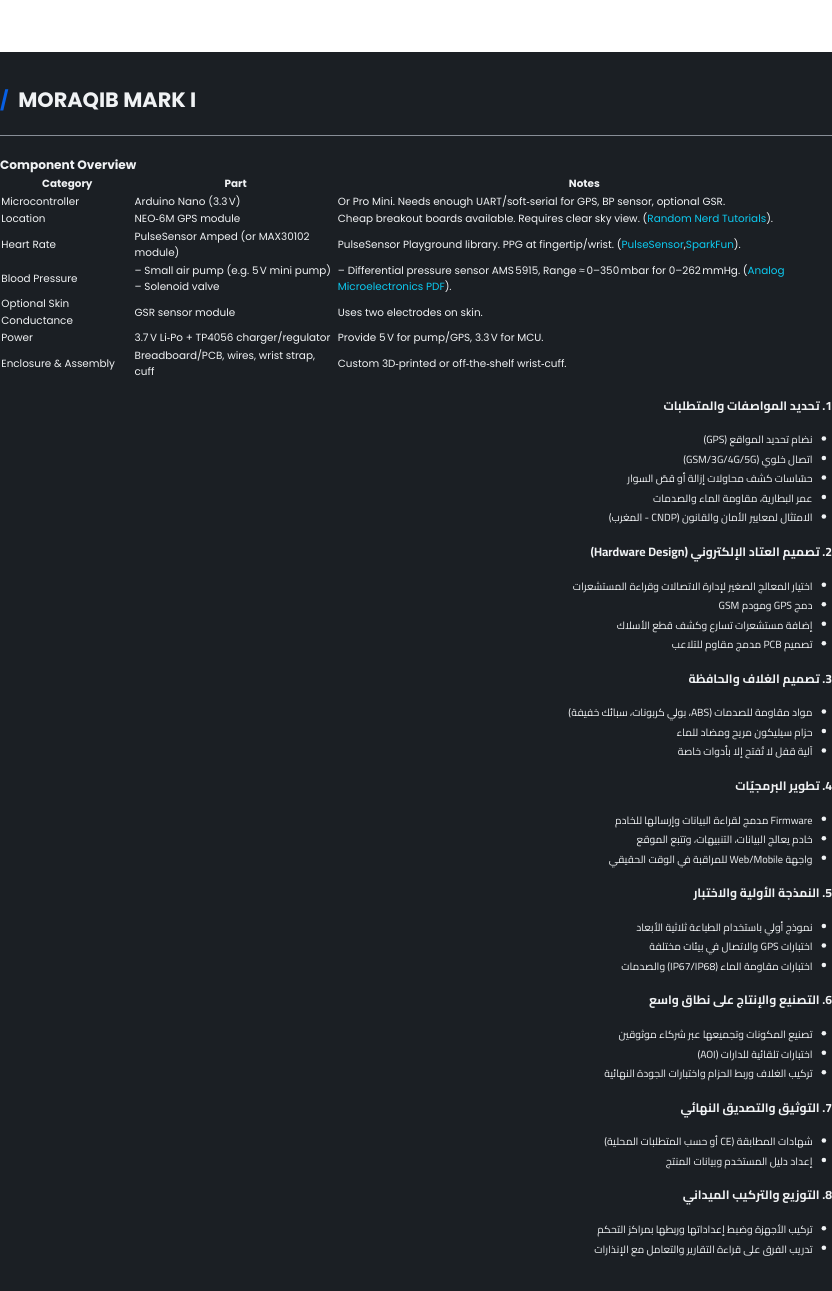
Repository: ayoubgharts/nextjs_protfolio
Page: /tutorials
The author's editor kept a copy of each file at every save. The page is drawn from the files as they stood at one save, then again after the next save.
The browser window is 1280 px wide. The pictures show the whole page, at 65% of full size.
The project was rebuilt for these pictures with package versions that can differ from the ones it lists, and the page was loaded fresh each time. The framework's server and built-in components were replaced by stand-ins that run in the browser. Also part of the build but not shown: next.config.mjs.

Above is the page before, as saved 2025-06-01 00:55:52.

After the next save:
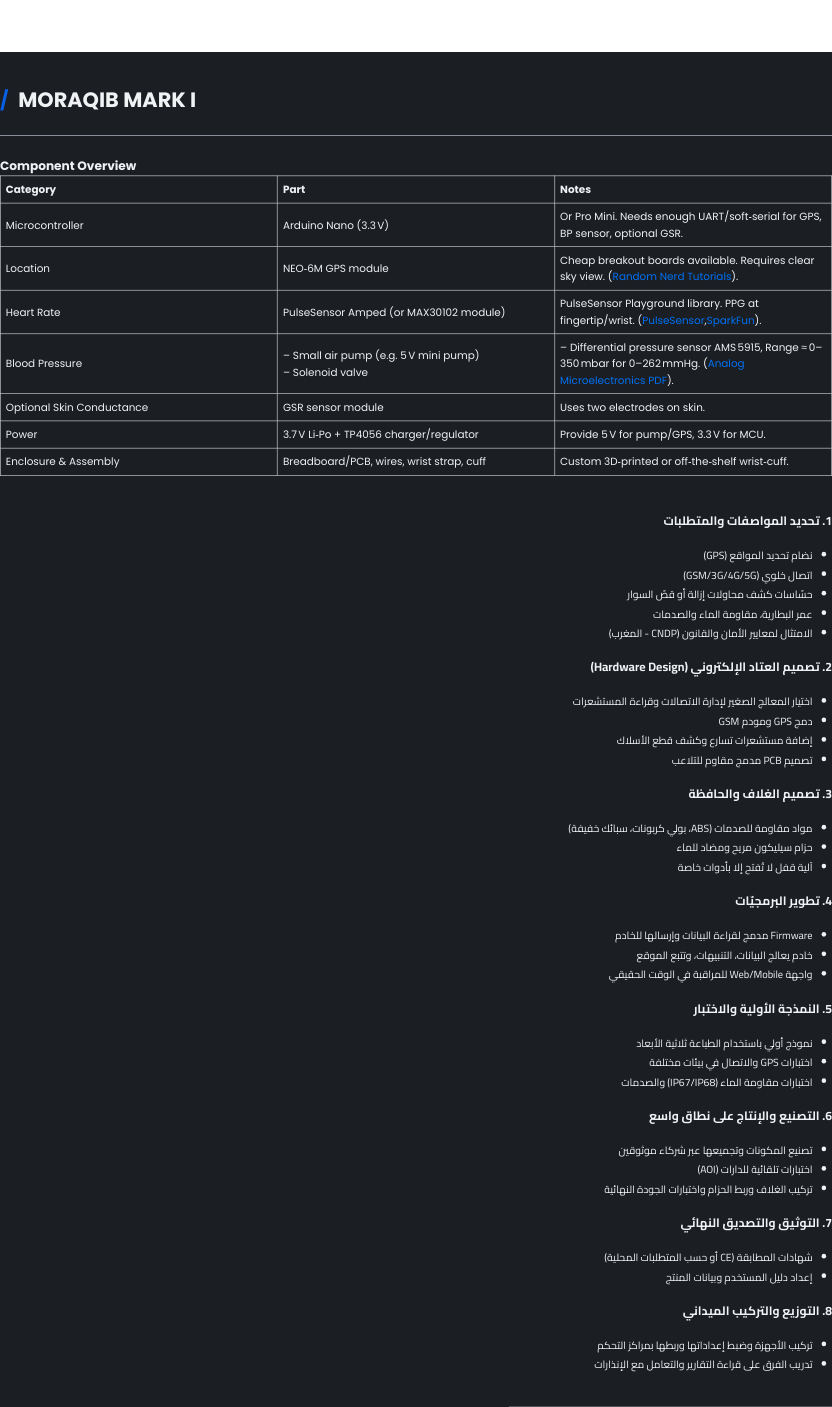
Saved 9 s later.
--- a/src/app/tutorials/tutorials.module.css
+++ b/src/app/tutorials/tutorials.module.css
@@ -43,3 +43,31 @@
     list-style-type: disc;
     margin-right: 30px;
 }
+
+
+
+.tableWrapper {
+  margin: 2rem 0;
+}
+
+.partsTable {
+  width: 100%;
+  border-collapse: collapse;
+  table-layout: fixed;
+}
+
+.partsTable th,
+.partsTable td {
+  border: 1px solid #ccc;
+  padding: 8px;
+  text-align: left;
+}
+
+.partsTable a {
+  color: #0070f3;
+  text-decoration: underline;
+}
+
+.partsTable a:hover {
+  text-decoration: none;
+}
